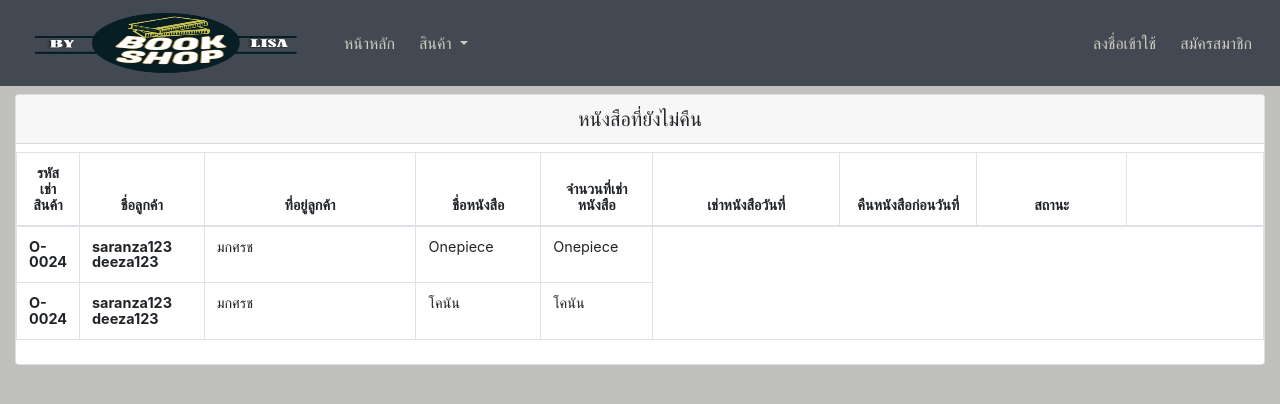
Repository: peawza/shopbook
Page: http://localhost/returnproduct.php?Order_id=24
An editor plug-in stored every save of this project. The page is shown before and after the next save, followed by the edit.
The browser window is 1280 px wide. The pictures show the whole page.
The page is run by PHP 8.4 with error messages shown; the project is at /var/www/html/. Other server files are loaded and not shown. The database holds what the project's SQL file puts in it.

Above is the page before, as saved 2020-10-01 11:12:40.

### returnproduct.php
<!DOCTYPE html>
<html lang="en">

<head>
    <meta charset="UTF-8">
    <meta name="viewport" content="width=device-width, initial-scale=1.0">
    <title>Document</title>
    <?php
    require_once('php/condbbook.php');
    include('include\importcss.php');
    include('include\navber.php');
    //echo '<pre>';
    //print_r($_SESSION);
    //$_SESSION['ses_php_var'] = $_GET['sendVal'];
    //$_SESSION['ses_php_var'] = $_POST['sendVal'];
    //$_SESSION['Typeid'] = $_POST['Typeid'];
    //print_r($_POST);
    //print_r($_GET);
    //echo '<pre>';

    ?>
</head>

<body>
    <div class="container-fluid py-2">
        <div class="card ">
            <h5 class="card-header text-center">หนังสือที่ยังไม่คืน</h5>

            <div class="py-2">
                <table class="table table-bordered table-responsive-sm">
                    <thead>
                        <tr>
                            <th width="5%" class="text-center">รหัสเช่าสินค้า</th>
                            <th width="10%" class="text-center">ชื่อลูกค้า</th>
                            <th width="17%" class="text-center">ที่อยู่ลูกค้า</th>
                            <th width="10%" class="text-center">ชื่อหนังสือ</th>
                            <th width="9%" class="text-center">จำนวนที่เช่าหนังสือ</th>
                            <th width="15%" class="text-center">เช่าหนังสือวันที่</th>
                            <th width="11%" class="text-center">คืนหนังสือก่อนวันที่</th>
                            <th width="12%" class="text-center">สถานะ</th>
                            <th width="12%" class="text-center"></th>

                        </tr>
                    </thead>
                    <tbody>
                        <?php
                        /*
                    [0] => 1
                    [orders_id] => 1
                    [1] => 4
                    [User_ID] => 4
                    [2] => ฟหดกหฟดกหฟด
                    [Order_addressuser] => ฟหดกหฟดกหฟด
                    [3] => 2464
                    [orders_renttotal] => 2464
                    [4] => 0
                    [orders_returntotal] => 0
                    [5] => 2464
                    [orders_sumtotal] => 2464
                    [6] => 0
                    [orders_iscomplete] => 0
                    [7] => 4
                    [8] => user
                    [User_Username] => user
                    [9] => $2y$10$fB6aRvLojb8vG3ukgnwcle6rynH6hiaSNAOSCfskrj2DL4A6y8HM6
                    [User_Password] => $2y$10$fB6aRvLojb8vG3ukgnwcle6rynH6hiaSNAOSCfskrj2DL4A6y8HM6
                    [10] => ศุภชัย
                    [User_Firstname] => ศุภชัย
                    [11] => แจ้งอรุณ
                    [User_Lastname] => แจ้งอรุณ
                    [12] => 0970562607
                    [User_Telephonenumber] => 0970562607
                    [13] => agileza_555@hotmail.com
                    [User_Email] => agileza_555@hotmail.com
                    [14] => 9091310863447.jpg
                    [User_Photo] => 9091310863447.jpg
                    [15] => 2020-09-26
                    [User_Createdate] => 2020-09-26
                    [16] => admin
                    [User_Type] => admin
                    [17] => 1
                    [orderrent_id] => 1
                    [18] => 4
                    [orderrent_productid] => 4
                    [19] => 1
                    [orderrent_amount] => 1
                    [20] => 1232
                    [orderrent_totalprice] => 1232
                    [21] => 2020-09-30
                    [orderrent_rentdate] => 2020-09-30
                    [22] => 2020-10-20
                    [orderrent_returndate] => 2020-10-20
                    [23] => 0
                    [orderrent_status] => 0
                    [24] => 4
                    [Product_ID] => 4
                    [25] => 3
                    [Type_ID] => 3
                    [26] => sadsazzz
                    [Product_Name] => sadsazzz
                    [27] => asdasd
                    [Product_Details] => asdasd
                    [28] => 1232
                    [Product_Price] => 1232
                    [29] => 113
                    [Product_Balance] => 113
                    [30] => 2
                    [Product_rentday] => 2
                    [31] => 9091656962219.png
                    [Product_Photo] => 9091656962219.png
                    [32] => 2020-09-30
                    [Product_datesave] => 2020-09-30

                        */
                        if (isset($_GET['Order_id'])) {
                            $orderid = $_GET['Order_id'];
                            $selectproduct = "SELECT * FROM `orders`,`user`,`orderrent`,`product` WHERE `user`.`User_ID`=`orders`.`User_ID`AND`orders`.`orders_id`= `orderrent`.`orderrent_id`AND `product`.`Product_ID`=`orderrent`.`orderrent_productid` AND`orderrent`.`orderrent_id`= '" . $orderid . "'";
                            $resulproduct = mysqli_query($conn, $selectproduct);
                            while ($rowproduct = mysqli_fetch_array($resulproduct)) {
                        ?>
                        <tr>
                            <th><?php
                                        $code = sprintf('O-%04d', $rowproduct['orders_id']);
                                        echo $code ?>
                            </th>
                            <th><?php echo $rowproduct["User_Firstname"] . ' ' . $rowproduct['User_Lastname'] ?>
                            </th>
                            <td><?php echo $rowproduct["Order_addressuser"]  ?></td>
                            <td><?php echo $rowproduct["Product_Name"]  ?></td>
                            <td><?php echo $rowproduct["Product_Name"]  ?></td>

                        </tr>



                        <?php
                                //echo '<pre>';
                                //print_r($rowproduct);
                                //echo '<pre>';
                            }
                        } else {


                            echo 'null';
                        }


                        ?>
                    </tbody>
                    </thead>
                </table>
            </div>
        </div>
    </div>










</body>
<?php
include('include\importjavascript.php');
?>

</html>

### php/condbbook.php
<?php
session_start();
$conn = new mysqli('localhost', 'root', '1234', 'shopbook');
$conn->set_charset("utf8");
//$conn->query('set name utf8');
//echo $conn->connect_error;
if ($conn->connect_errno) {
    die("conmection Failed" . $conn->connect_error);
} /*else {
    die("OK Database");
}*/

//$conndata = new mysqli('localhost', 'root', '1234', 'shop');

### include/importcss.php
<link rel="stylesheet" href="node_modules/bootstrap/dist/css/bootstrap.min.css"> <!-- link เลือก css-->
<link rel="stylesheet" href="node_modules/font-awesome5/css/fontawesome-all.css">
<link rel="stylesheet" href="include/CSS/styles.css?v=<?php echo filemtime('include/CSS/styles.css'); ?>"
    type=" text/css">

<script src="https://www.google.com/recaptcha/api.js"></script>

<script src="https://ajax.googleapis.com/ajax/libs/jquery/2.2.0/jquery.min.js"></script>

<script src="https://maxcdn.bootstrapcdn.com/bootstrap/3.3.6/js/bootstrap.min.js"></script>

### include/importjavascript.php
<script src="node_modules/jquery/dist/jquery.min.js"></script> <!-- sc เลือก src -->
<script src="node_modules/popper.js/dist/umd/popper.min.js"></script>
<script src="node_modules/bootstrap/dist/js/bootstrap.min.js"></script>
<script src="node_modules/jquery-validation/dist/jquery.validate.min.js"></script>
<script src="include/JS/script.js?v=<?php echo filemtime('include/JS/script.js') ?>"></script>

### DB/shopbook.sql (the tables this page reads)
CREATE TABLE `orderrent` (
  `orderrent_id` int(11) NOT NULL,
  `orderrent_productid` int(11) NOT NULL,
  `orderrent_amount` int(11) NOT NULL,
  `orderrent_totalprice` int(11) NOT NULL,
  `orderrent_rentdate` date NOT NULL,
  `orderrent_returndate` date NOT NULL,
  `orderrent_status` int(11) NOT NULL
) ENGINE=InnoDB DEFAULT CHARSET=utf8mb4 COLLATE=utf8mb4_bin;

INSERT INTO `orderrent` (`orderrent_id`, `orderrent_productid`, `orderrent_amount`, `orderrent_totalprice`, `orderrent_rentdate`, `orderrent_returndate`, `orderrent_status`) VALUES
(21, 12, 1, 50, '2020-10-23', '2020-10-30', 1),
(21, 13, 1, 50, '2020-10-23', '2020-10-30', 1),
(21, 15, 1, 45, '2020-10-23', '2020-10-30', 1),
(21, 20, 1, 100, '2020-10-23', '2020-10-30', 1),
(22, 4, 3, 300, '2020-10-23', '2020-10-30', 1),
(23, 13, 1, 50, '2020-10-23', '2020-10-30', 1),
(24, 7, 3, 150, '2020-10-25', '2020-11-01', 0),
(24, 24, 5, 175, '2020-10-25', '2020-11-01', 0),
(25, 8, 10, 500, '2020-10-25', '2020-11-01', 1),
(26, 8, 10, 500, '2020-10-25', '2020-11-01', 1),
(27, 15, 40, 1800, '2020-10-25', '2020-11-01', 1),
(28, 4, 10, 1000, '2020-10-25', '2020-11-01', 1),
(29, 12, 1, 50, '2020-10-25', '2020-11-01', 1),
(29, 23, 10, 300, '2020-10-25', '2020-11-01', 1),
(30, 7, 1, 50, '2020-10-25', '2020-11-01', 1),
(30, 24, 1, 35, '2020-10-25', '2020-11-01', 1),
(31, 12, 1, 50, '2020-10-25', '2020-11-01', 1),
(31, 24, 1, 35, '2020-10-25', '2020-11-01', 1),
(31, 42, 1, 70, '2020-10-25', '2020-11-01', 1),
(32, 23, 1, 30, '2020-10-25', '2020-11-01', 1),
(33, 36, 10, 1000, '2020-10-25', '2020-11-01', 1),
(34, 51, 1, 200, '2020-10-25', '2020-11-04', 1),
(35, 51, 60, 12000, '2020-10-25', '2020-11-04', 1),
(36, 47, 70, 2100, '2020-10-25', '2020-11-01', 0),
(37, 25, 50, 2000, '2020-10-25', '2020-11-01', 0),
(38, 3, 1, 100, '2020-10-27', '2020-11-03', 1),
(39, 16, 1, 75, '2020-10-27', '2020-11-03', 1),
(40, 52, 10, 1000, '2020-10-27', '2020-11-03', 0),
(41, 51, 1, 200, '2020-10-27', '2020-11-06', 0);

ALTER TABLE `orderrent`
  ADD PRIMARY KEY (`orderrent_id`,`orderrent_productid`) USING BTREE,
  ADD KEY `orderrent_productid` (`orderrent_productid`);

ALTER TABLE `orderrent`
  ADD CONSTRAINT `orderrent_ibfk_2` FOREIGN KEY (`orderrent_productid`) REFERENCES `product` (`Product_ID`),
  ADD CONSTRAINT `orderrent_ibfk_3` FOREIGN KEY (`orderrent_id`) REFERENCES `orders` (`orders_id`) ON DELETE CASCADE;

CREATE TABLE `orders` (
  `orders_id` int(11) NOT NULL,
  `User_ID` int(11) NOT NULL,
  `Order_addressuser` text COLLATE utf8mb4_bin NOT NULL,
  `orders_renttotal` float NOT NULL DEFAULT 0,
  `orders_returntotal` float NOT NULL DEFAULT 0,
  `orders_sumtotal` float NOT NULL,
  `orders_iscomplete` int(11) NOT NULL
) ENGINE=InnoDB DEFAULT CHARSET=utf8mb4 COLLATE=utf8mb4_bin;

INSERT INTO `orders` (`orders_id`, `User_ID`, `Order_addressuser`, `orders_renttotal`, `orders_returntotal`, `orders_sumtotal`, `orders_iscomplete`) VALUES
(21, 9, 'ชลบุรี', 245, 0, 245, 2),
(22, 9, '', 300, 0, 300, 2),
(23, 9, '123', 50, 0, 50, 2),
(24, 10, 'มกศรช', 325, 0, 325, 0),
(25, 9, 'sdafffsdfdsafdsagdasgaasdfdsag', 500, 0, 500, 2),
(26, 9, 'หฟกหฟกหฟกหฟกกหฟ', 500, 0, 500, 2),
(27, 9, 'adsdsa', 1800, 1500, 3300, 2),
(28, 9, 'asdasdsa', 1000, 1000, 2000, 2),
(29, 11, 'มกศรช', 350, 0, 350, 2),
(30, 11, 'มกศรช ผฟกหกห', 85, 170, 255, 2),
(31, 11, 'ชลบุรี', 155, 0, 155, 2),
(32, 11, '123132', 30, 0, 30, 2),
(33, 11, '123', 1000, 0, 1000, 2),
(34, 11, '123123\r\n', 200, 0, 200, 2),
(35, 11, '1111\r\n\r\n', 12000, 0, 12000, 2),
(36, 11, 'ชลบุรี', 2100, 0, 2100, 0),
(37, 11, 'ชลบุรี', 2000, 0, 2000, 0),
(38, 9, 'ชลบุรี', 100, 0, 100, 2),
(39, 9, 'มก', 75, 150, 225, 2),
(40, 9, 'มก', 1000, 0, 1000, 0),
(41, 12, 'asd', 200, 0, 200, 0);

ALTER TABLE `orders`
  ADD PRIMARY KEY (`orders_id`),
  ADD KEY `User_ID` (`User_ID`);

ALTER TABLE `orders`
  ADD CONSTRAINT `orders_ibfk_1` FOREIGN KEY (`User_ID`) REFERENCES `user` (`User_ID`);

CREATE TABLE `product` (
  `Product_ID` int(11) NOT NULL,
  `Type_ID` int(11) NOT NULL,
  `Product_Name` text COLLATE utf8mb4_bin NOT NULL,
  `Product_Details` text COLLATE utf8mb4_bin NOT NULL,
  `Product_Price` float NOT NULL,
  `product_buy` int(11) DEFAULT NULL,
  `Product_Balance` int(11) NOT NULL,
  `Product_rentday` int(11) NOT NULL,
  `Product_Photo` text COLLATE utf8mb4_bin NOT NULL,
  `Product_datesave` date NOT NULL
) ENGINE=InnoDB DEFAULT CHARSET=utf8mb4 COLLATE=utf8mb4_bin;

INSERT INTO `product` (`Product_ID`, `Type_ID`, `Product_Name`, `Product_Details`, `Product_Price`, `product_buy`, `Product_Balance`, `Product_rentday`, `Product_Photo`, `Product_datesave`) VALUES
(3, 11, 'บุเพสันนิวาส', 'เกศสุรางค์ หญิงสาวร่างอ้วนจำต้องทะลุมิติไปในรัชกาลสมเด็จพระนารายณ์มหาราช ในร่างของแม่หญิงการะเกดผู้แสนร้ายกาจ และได้พบกับผู้คนมากมายทั้ง หมื่นสุนทรเทวา ผู้เป็นคู่หมั้นคู่หมายของการะเกด ออกญาโหราธิบดี ราชครูของพระนารายณ์ แม่มะลิ บุตรสาวของแขกฟานิกลูกครึ่งญี่ปุ่น โปรตุเกส และผู้คนอีกมากมาย', 100, 200, 10, 7, '9102909146241.jpg', '2020-10-23'),
(4, 11, 'ปริศนามหาเวทย์', 'ปริศนามหาเวทย์', 100, 200, 5, 7, '9102908113900.gif', '2020-10-20'),
(5, 11, 'Sea Witch', 'Sea Witch', 100, 200, 10, 7, '9102908766196.jpg', '2020-10-20'),
(7, 10, 'Onepiece', 'เป็นเรื่องราวในยุคทองของโจรสลัด โจรสลัดทุกคนมีเป้าหมายเดียวกันคือเพื่อค้นหา สมบัติที่เรียกว่า \"วันพีช\" ซึ่งผู้ใดสามารถค้นหาและครอบครองวันพีชอยู่ ผู้นั้นก็คือเจ้าแห่งโจรสลัด(ราชาโจรสลัด) โดยผู้ที่เคยครอบครองวันพีชนั้นมีอยู่คนเดียวตามที่เปิดเผยคือ เจ้าแห่งโจรสลัด โกลด์ ดี โรเจอร์ ซึ่งหลังจากที่ ได้ครอบครองวันพีซแล้ว โกลด์ ดี โรเจอร์ก็ได้มอบตัว และยอมรับโทษการประหารชีวิตที่เกาะโร๊คบ้านเกิดของตนนั่นเอง และก่อนตายโกลด์ ดี โรเจอร์ ได้ทิ้งคำพูดก่อนตายที่เปลี่ยนยุคสมัยของโจรสลัดว่า \"สมบัติของฉันหรอ อยากได้ก็เอาไปซิ ไปหาเอาเลย ฉันเอาทุกอย่างบนโลกไปไว้ที่นั่นหมดแล้ว\" แล้วเหล่า โจรสลัดทั้งหลายจึงมุ่งหน้าสู้แกรนด์ไลน์เพื่อตามหาวันพีซ', 50, 100, 6, 7, '9102907166680.jpg', '2020-10-23'),
(8, 10, 'Naruto', 'นารูโตะเป็นกำพร้าและไม่มีพี่น้อง เติบโตขึ้นโดยไม่รู้ว่าตนเองมีจิ้งจอกเก้าหางอยู่ภาย ในร่างกาย หลังจากสำเร็จการศึกษาเป็นนินจาชั้น เกะนิน (นินจาระดับล่าง) และปฏิบัติหน้าที่ภายใต้การควบคุมของ ฮาตาเกะ คาคาชิ ซึ่งเป็น โจนิน (นินจาระดับสูง) ฉายา ก๊อบปี้นินจา โดยมีสมาชิกร่วมทีมอีกสองคน คือ อุจิวะ ซาสึเกะ และ ฮารุโนะ ซากุระ', 50, 100, 10, 7, '9102907412301.jpg', '2020-10-23'),
(12, 10, 'Fairytail', 'นัตสึ ดรากูนีล\"ดราก้อนสเลเยอร์ไฟ ได้ออกเดินทางเพื่อตามหาอิกนิลหรือมังกรที่เปรียบเสมือนพ่อของนัตสึ ไปกับแมวบินได้และพูดได้ ชื่อ แฮปปี้ โดยระหว่างทางได้พบกับ\"ลูซี่ ฮาร์ทฟิเลีย\"สาวน้อยผู้อัญเชิญเทพแห่งดวงดาวและได้ตกลงเป็นเพื่อนกันเพราะลูซี่นั้นอยากเข้ากิลด์แฟรี่เทล', 50, 100, 10, 7, '9102906035329.png', '2020-10-23'),
(13, 13, 'Time', 'นิตยสาร TIME', 50, 150, 4, 7, '9104350156863.jpg', '2020-10-23'),
(14, 12, '51 คำถาามเพิ่มความรู้เรื่องอาชีพ', 'รวมประเด็นน่าสนใจเกี่ยวกับอาชีพ', 100, 150, 10, 7, '9104350802507.jpg', '2020-10-23'),
(15, 10, 'Doraemon', 'หุ่นยนเเมวที่ส่งมาช่วย โนบิตะ เพื่อให้อนาคตของเขาเปลื่ยนไป', 45, 75, 29, 7, '9104351707679.png', '2020-10-23'),
(16, 10, '3ก๊ก', 'ตำนานของวีรบุรุษที่จะรวมเเผ่นดินทั้ง3เป็น1', 75, 150, 19, 7, '9104352222267.jpg', '2020-10-23'),
(17, 12, '30 สิ่งมหัศจรรย์ของโลกที่น่ารู้', 'สิ่งมหัศจรรย์ของโลก', 50, 100, 5, 7, '9104352622959.jpg', '2020-10-23'),
(18, 12, 'เกร็ดความรู้เเละภาษาอาเซียน', 'ความรู้เเละภาษาอาเซียน', 80, 150, 9, 7, '9104353026534.jpg', '2020-10-23'),
(19, 13, 'BAZAAR', 'BAZAAR', 50, 190, 10, 7, '9104353499954.jpg', '2020-10-23'),
(20, 12, 'วิทยาศาสตร์ฉลาดรู้เรื่องสมอง', 'วิทยาศาสตรที่เกี่ยวความรู้เรื่องสมอง', 100, 170, 20, 7, '9104353867647.gif', '2020-10-23'),
(21, 11, 'The butterfly tree', 'The butterfly tree', 170, 300, 5, 7, '9104354170879.jpg', '2020-10-23'),
(22, 13, 'CAMPUS', 'CAMPUS', 60, 165, 10, 7, '9104354376857.jpg', '2020-10-23'),
(23, 10, 'ชินจังจอมเเก่น', 'เรื่องราวชินจังที่ต้องทำให้คุณต้องหัวเราะ', 30, 85, 50, 7, '9104354830108.gif', '2020-10-23'),
(24, 10, 'โคนัน', 'นักสืบหนุ่มที่ถูกชายชุดดำจับตัวให้ไปกินยา พอตื่นขึ้นมากลับกายเป็นเด็กอีกครั้ง', 35, 70, 44, 7, '9104355382500.jpg', '2020-10-23'),
(25, 10, 'Dragonball', 'ซุนโกคู ในวัยเด็ก ก็ได้รู้เกี่ยวกับ ดราก้อนบอล จาก บลูม่า ซึ่งกำลังตามหาอยู่ แถมโกคูเองก็มี ดราก้อนบอล4ดาว ซึ่งเป็นของต่างหน้าคุณปู่ ซุนโกฮัง อีกด้วย ก็เลยตัดสินใจไปตามหาดราก้อนบอลด้วยกัน ต่อมาก็ได้ อูลอน มาเป็นพวกช่วยหาด้วย แต่ในระหว่างนั้น ก็มี ยามุชา และ ปูอัล กับ ปิลาฟและพรรคพวก คอยตามหาดราก้อนบอลด้วย', 40, 75, 0, 7, '9104355839451.jpg', '2020-10-23'),
(26, 11, 'ECHOES FROM THE PAST', 'Echoes from the past', 190, 300, 10, 7, '9104356230225.jpg', '2020-10-23'),
(27, 13, 'ELLE', 'ELLE', 30, 90, 10, 6, '9104356389396.webp', '2020-10-23'),
(28, 13, 'FIGARO JAPAN', 'FIGARO JAPAN', 60, 150, 3, 4, '9104356627109.jpg', '2020-10-23'),
(29, 12, 'คว้าเกรด A ง่ายกว่าที่คิด', 'คว้าเกรด A ง่ายกว่าที่คิด', 55, 130, 7, 6, '9104356893659.png', '2020-10-23'),
(30, 11, 'Harry Potter', 'Harry Potter', 160, 300, 30, 7, '9104357146935.jpg', '2020-10-23'),
(31, 13, 'L OFFICIEL', 'L OFFICIEL', 30, 70, 10, 7, '9104357596692.jpg', '2020-10-23'),
(32, 12, 'สนุกกับการค้นหาความรู้ข้างในแผนที่โลก', 'สนุกกับการค้นหาความรู้ข้างในแผนที่โลก', 60, 150, 10, 7, '9104357883099.jpg', '2020-10-23'),
(33, 10, 'My Hero Academia', 'ว่าด้วยเรื่องราวในอนาคต เมื่อพลังพิเศษได้ถูกทยอยค้นพบทั่วทุกมุมโลก จนกลายเป็นเรื่องปกติของคนเจนเนอเรชั่นใหม่ ที่ล้วนเป็นผู้มี “อัตลักษณ์” (พลังพิเศษเฉพาะตัว) สังคมยอดมนุษย์จึงได้เริ่มขึ้น ขณะเดียวกันความวุ่นวายจากผู้ใช้พลังพิเศษในทางที่ผิด ก็ยกระดับความรุนแรง ประเทศจึงได้ร่างกฏหมายต่อต้านความรุนแรง โดยให้เหล่าผู้กล้าคอยปราบปรามเหล่าวายร้าย ', 40, 75, 40, 7, '9104359185860.jpg', '2020-10-23'),
(34, 13, 'OK MAGAZINE', 'OK MAGAZINE', 30, 90, 10, 7, '9104359398955.jpg', '2020-10-23'),
(35, 10, 'Pinocchio', 'Pinocchio', 100, 200, 5, 7, '9104359601161.jpg', '2020-10-23'),
(36, 11, 'บ้านทรายทอง', 'บ้านทรายทอง', 100, 250, 10, 7, '9104359808705.jpg', '2020-10-23'),
(37, 12, 'เอาชีวิครอดบนเกาะร้าง', 'เอาชีวิครอดบนเกาะร้าง', 80, 135, 5, 7, '9104360075753.webp', '2020-10-23'),
(38, 13, 'VOGUE', 'VOGUE', 30, 75, 10, 7, '9104360487722.jpg', '2020-10-23'),
(39, 11, 'Twilight', 'Twilight', 240, 300, 20, 7, '9104361247095.jpg', '2020-10-23'),
(40, 11, 'The darkness of light', 'The darkness of light', 150, 250, 6, 7, '9104361459702.jpg', '2020-10-23'),
(41, 12, 'เพศศึกษาที่เราอยากรู้', 'เพศศึกษาที่เราอยากรู้', 60, 150, 10, 7, '9104361760502.jpg', '2020-10-23'),
(42, 10, 'Sailormoon', 'Sailormoon', 70, 125, 50, 7, '9104361988958.png', '2020-10-23'),
(43, 11, 'RISEN', 'RISEN', 150, 350, 10, 7, '9104362289392.jpg', '2020-10-23'),
(44, 11, 'REALM OF RUINS', 'REALM OF RUINS', 180, 300, 4, 7, '9104362809007.jpg', '2020-10-23'),
(45, 10, 'สโนว์ไวท์', 'สโนว์ไวท์', 100, 200, 7, 5, '9104367662917.jpg', '2020-10-23'),
(46, 10, 'อลิซ ท่องเเดนมหัศจรรย์', 'อลิซ ท่องเเดนมหัศจรรย์', 40, 150, 5, 7, '9104367935394.jpg', '2020-10-23'),
(47, 10, 'Bleach', 'Bleach', 30, 75, 0, 7, '9104368159565.jpg', '2020-10-23'),
(48, 10, 'Lion King', 'Lion King', 70, 150, 2, 3, '9104368352654.jpg', '2020-10-23'),
(49, 12, 'รัชการที่ 9', 'ประวัติศาสตร์ของในหลวงรัชกาลที่ 9', 50, 150, 10, 7, '9104368788022.jpg', '2020-10-23'),
(51, 13, 'qweqwe', 'ssadzxc', 200, 500, 69, 10, '9105550929723.png', '2020-10-26'),
(52, 15, 'เลข', 'หนังสือเลข', 100, 200, 40, 7, '9106337351482.jpg', '2020-10-27');

ALTER TABLE `product`
  ADD PRIMARY KEY (`Product_ID`),
  ADD KEY `Type_ID` (`Type_ID`);

ALTER TABLE `product`
  MODIFY `Product_ID` int(11) NOT NULL AUTO_INCREMENT, AUTO_INCREMENT=53;

ALTER TABLE `product`
  ADD CONSTRAINT `product_ibfk_1` FOREIGN KEY (`Type_ID`) REFERENCES `producttype` (`Type_ID`);

CREATE TABLE `producttype` (
  `Type_ID` int(11) NOT NULL,
  `Type_Name` text COLLATE utf8mb4_bin NOT NULL
) ENGINE=InnoDB DEFAULT CHARSET=utf8mb4 COLLATE=utf8mb4_bin;

INSERT INTO `producttype` (`Type_ID`, `Type_Name`) VALUES
(10, 'หนังสือการ์ตูน'),
(11, 'หนังสือนิยาย'),
(12, 'หนังสือให้ความรู้'),
(13, 'นิตยสาร'),
(14, 'หนังสืออ้างอิง'),
(15, 'หนังสือเรียน');

ALTER TABLE `producttype`
  ADD PRIMARY KEY (`Type_ID`);

ALTER TABLE `producttype`
  MODIFY `Type_ID` int(11) NOT NULL AUTO_INCREMENT, AUTO_INCREMENT=16;

CREATE TABLE `user` (
  `User_ID` int(11) NOT NULL,
  `User_Username` varchar(30) COLLATE utf8mb4_bin NOT NULL,
  `User_Password` varchar(255) COLLATE utf8mb4_bin NOT NULL,
  `User_Firstname` varchar(60) COLLATE utf8mb4_bin NOT NULL,
  `User_Lastname` varchar(60) COLLATE utf8mb4_bin NOT NULL,
  `User_Telephonenumber` varchar(20) COLLATE utf8mb4_bin NOT NULL,
  `User_Email` varchar(100) COLLATE utf8mb4_bin NOT NULL,
  `User_Photo` text COLLATE utf8mb4_bin NOT NULL,
  `User_Createdate` date NOT NULL,
  `User_Type` text COLLATE utf8mb4_bin NOT NULL
) ENGINE=InnoDB DEFAULT CHARSET=utf8mb4 COLLATE=utf8mb4_bin;

INSERT INTO `user` (`User_ID`, `User_Username`, `User_Password`, `User_Firstname`, `User_Lastname`, `User_Telephonenumber`, `User_Email`, `User_Photo`, `User_Createdate`, `User_Type`) VALUES
(4, 'admin', '$2y$10$SY4xbwIYnzlGXMpgdZHyf.LPEcYFIsZqluIzuCwKXBq3M3BeEG5Ay', 'saran', 'Deesubin', '0000000001', 'saran.de@ku.th', '9102901537951.png', '2020-09-26', 'admin'),
(9, 'ford', '$2y$10$PMdn09lEjbW1HXQUbcYTxuSygozJvQIxKzWmVceRwvZWU79uc0co2', 'sarann', 'dee', '0983575083', 'fordza1231230@gmail.com', 'profile.png', '2020-10-20', 'admin'),
(10, 'saran', '$2y$10$xXmyvxu.6Nv/xL8ooPsf6uwzp2iGCALRMP7ofoMnBqTHUTzz8pFlC', 'saranza123', 'deeza123', '0123456798', 'ford555@gmail.com', '9105289098934.png', '2020-10-25', 'user'),
(11, 'fordza', '$2y$10$VorVYHQiu9vKXUfmvjVqq.bxwNfPxcRe67GpKwcaU8LfqKm04ecPO', 'fordford', 'zazaza', '0147258369', 'zaza@gmail.com', '9105549518927.jpg', '2020-10-25', 'admin'),
(12, 'asdasd', '$2y$10$F8XcUHvSW4NBR.UZKQddSOY8g.F2t0/vdqPHFuTDspI6tqRk0ydZm', 'asdasd', 'asdasd', '0147258147', 'asd@gmail.com', 'profile.png', '2020-10-27', 'user'),
(13, 'user', '$2y$10$Pw1k2zepH2brdS54XpYJIOsdyI/SlskWDDMMcrrCiCg8F/51VUKwm', 'ศุภชัย', 'แจ้งอรุณ', '0970562607', 'agileza_555@hotmail.com', 'profile.png', '2020-10-29', 'admin'),
(14, 'user2', '$2y$10$Bdcw55H//GAhyWCmsa4CHeFME8wXIUPC1HxJAkJOYH/9U5/u14Ix.', 'ศุภชัย', 'แจ้งอรุณ', '0970562607', 'agileza_555@hotmail.com', 'profile.png', '2020-10-29', 'user');

ALTER TABLE `user`
  ADD PRIMARY KEY (`User_ID`);

ALTER TABLE `user`
  MODIFY `User_ID` int(11) NOT NULL AUTO_INCREMENT, AUTO_INCREMENT=15;

Loaded but not shown: include/JS/script.js (557 lines, source omitted); include/navber.php (209 lines, source omitted); include/CSS/styles.css (248 lines, source omitted)

After the next save:
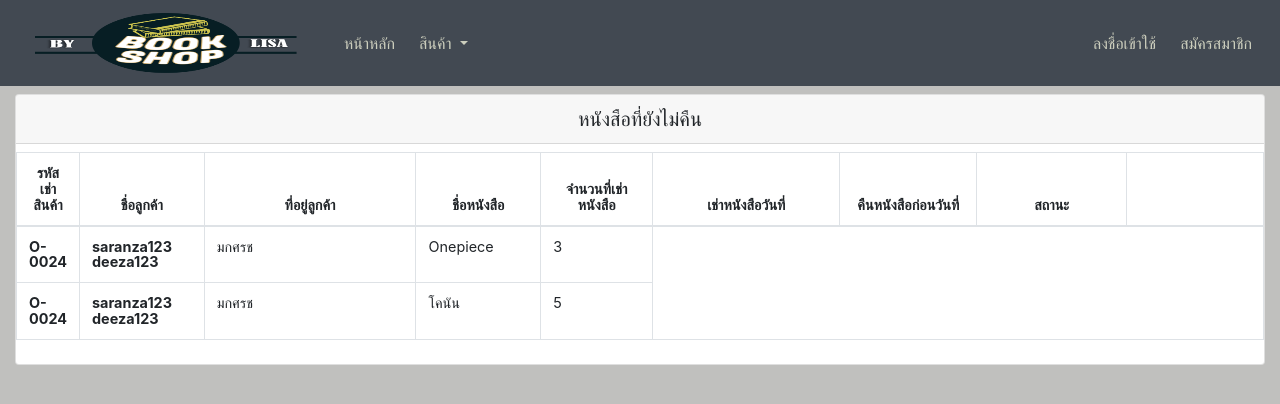
Saved 79 s later.
--- a/returnproduct.php
+++ b/returnproduct.php
@@ -127,7 +127,7 @@
                             </th>
                             <td><?php echo $rowproduct["Order_addressuser"]  ?></td>
                             <td><?php echo $rowproduct["Product_Name"]  ?></td>
-                            <td><?php echo $rowproduct["Product_Name"]  ?></td>
+                            <td><?php echo $rowproduct["orderrent_amount"]  ?></td>
 
                         </tr>
 
